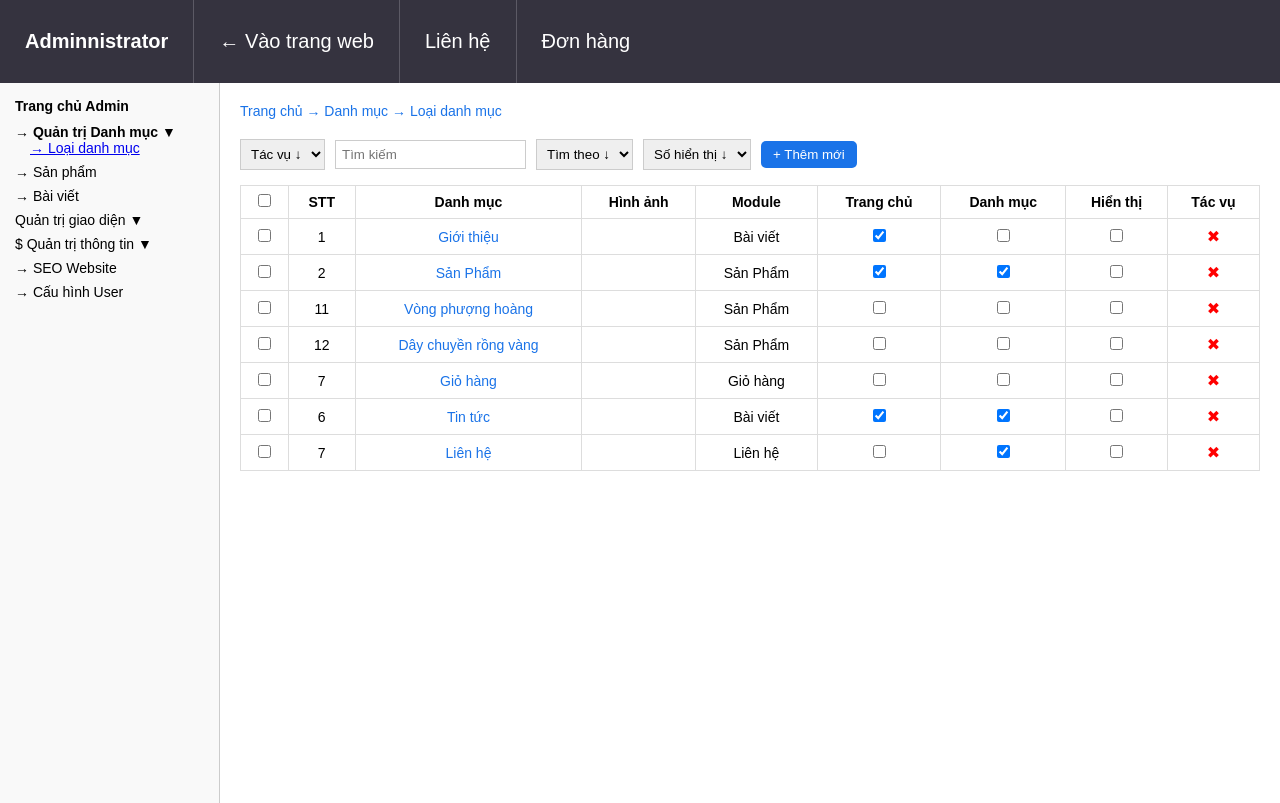
Repository: TranTanDat0606/Du-An-1
Page: Admin]/admin.html
These files come from the project's save history. The page is drawn as it stood at one moment and after a run of saves; the edit follows.
The browser window is 1280 px wide. The pictures show the whole page.

Above is the page before, as saved 2025-07-31 09:16:38.

After the next 4 saves:
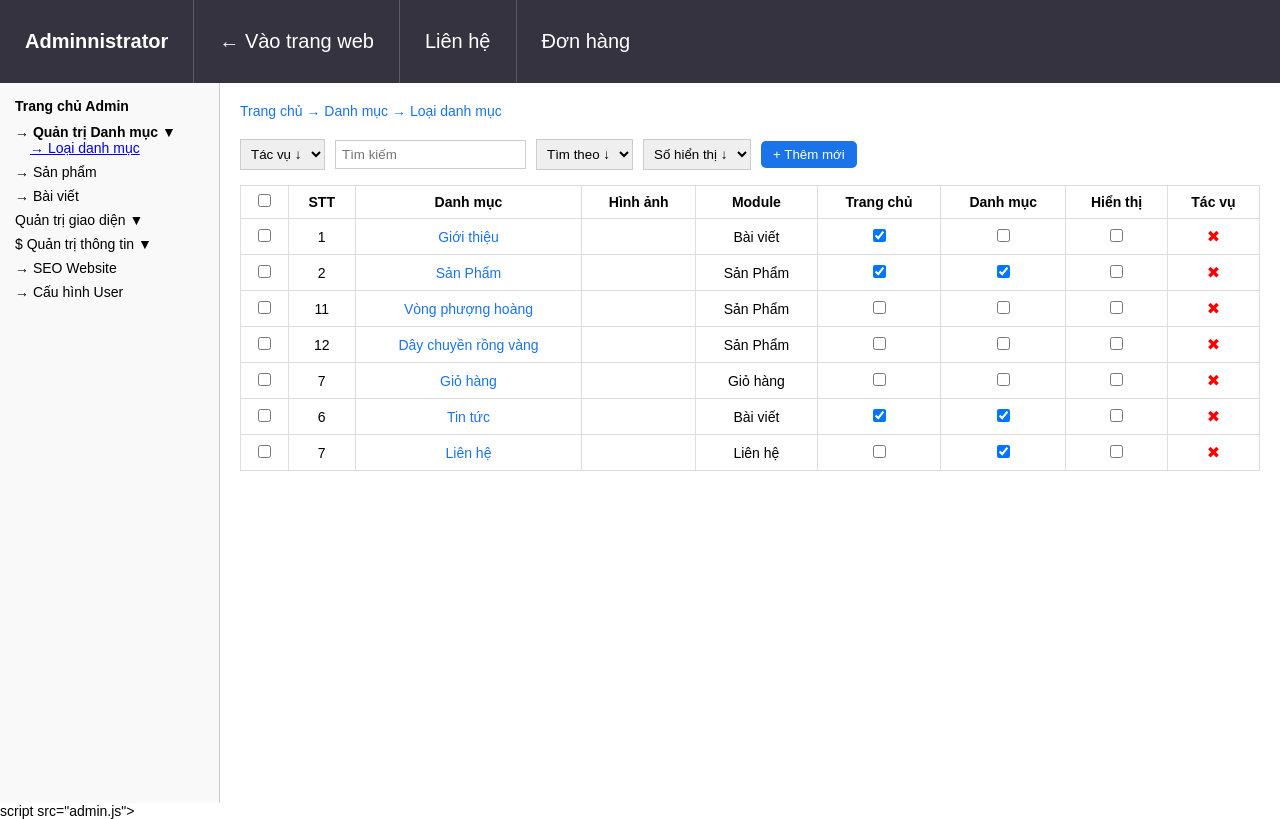
The 4 saves are shown as one change because they came seconds apart.
The last was saved 10 s later.
--- a/Admin]/admin.html
+++ b/Admin]/admin.html
@@ -116,5 +116,6 @@
     </table>
     </main>
     </div>
+    script src="admin.js"></script>
 </body>
 </html>

After the save that followed:
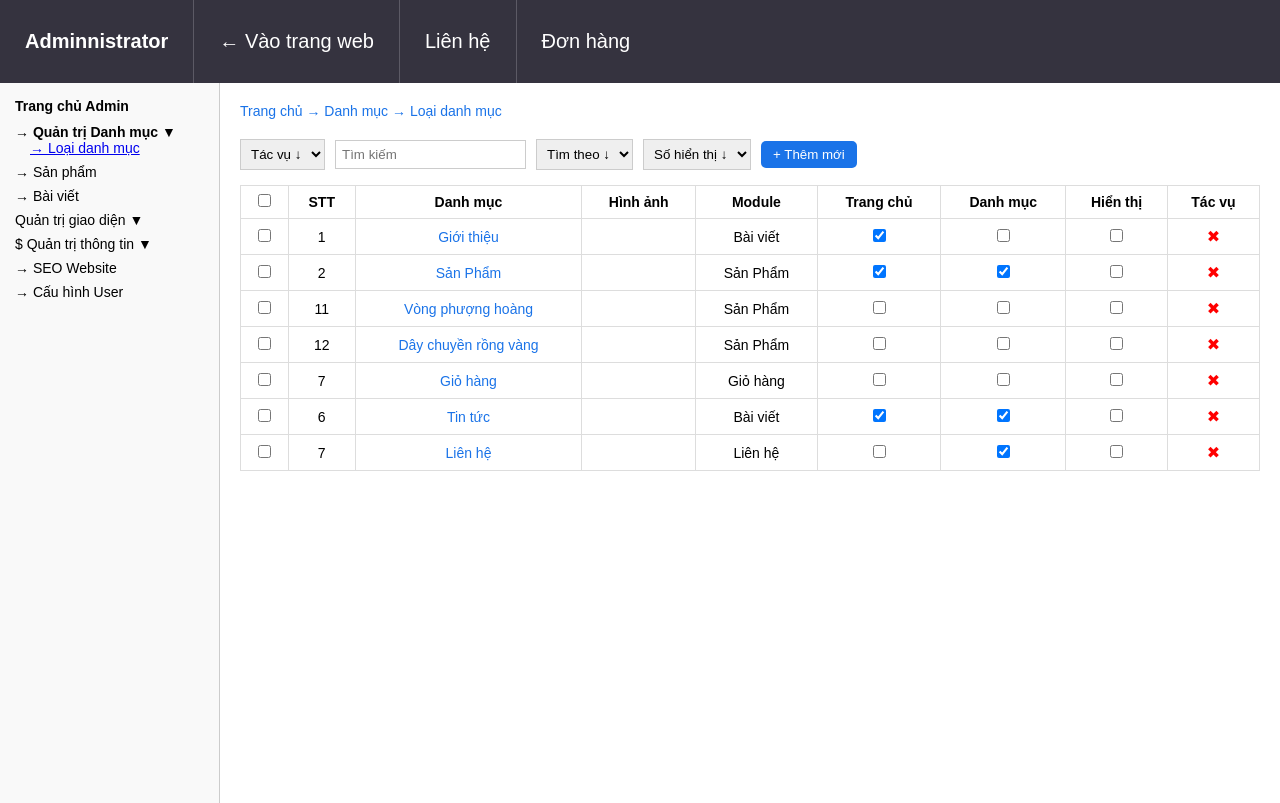
Console error: TypeError: Cannot read properties of null (reading 'addEventListener')
Saved 8 s later.
--- a/Admin]/admin.html
+++ b/Admin]/admin.html
@@ -116,6 +116,6 @@
     </table>
     </main>
     </div>
-    script src="admin.js"></script>
+    <script src="admin.js"></script>
 </body>
 </html>
